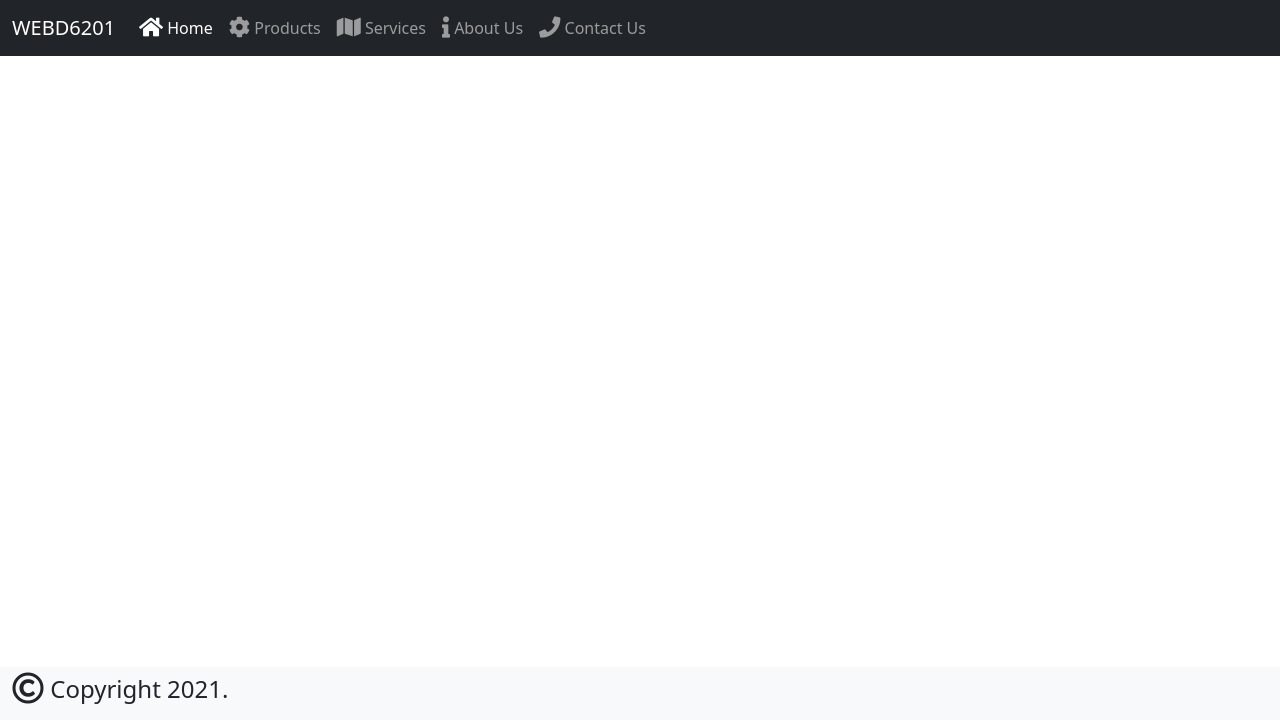
Repository: Sub4Sub/Lab_1
Page: about.html
These files come from the project's save history. The page is drawn as it stood at one moment and after the next save; the edit follows.
The browser window is 1280 px wide. The pictures show the whole page.

Above is the page before, as saved 2021-02-04 22:14:01.
Console error: TypeError: Cannot set properties of null (setting 'textContent')

After the next save:
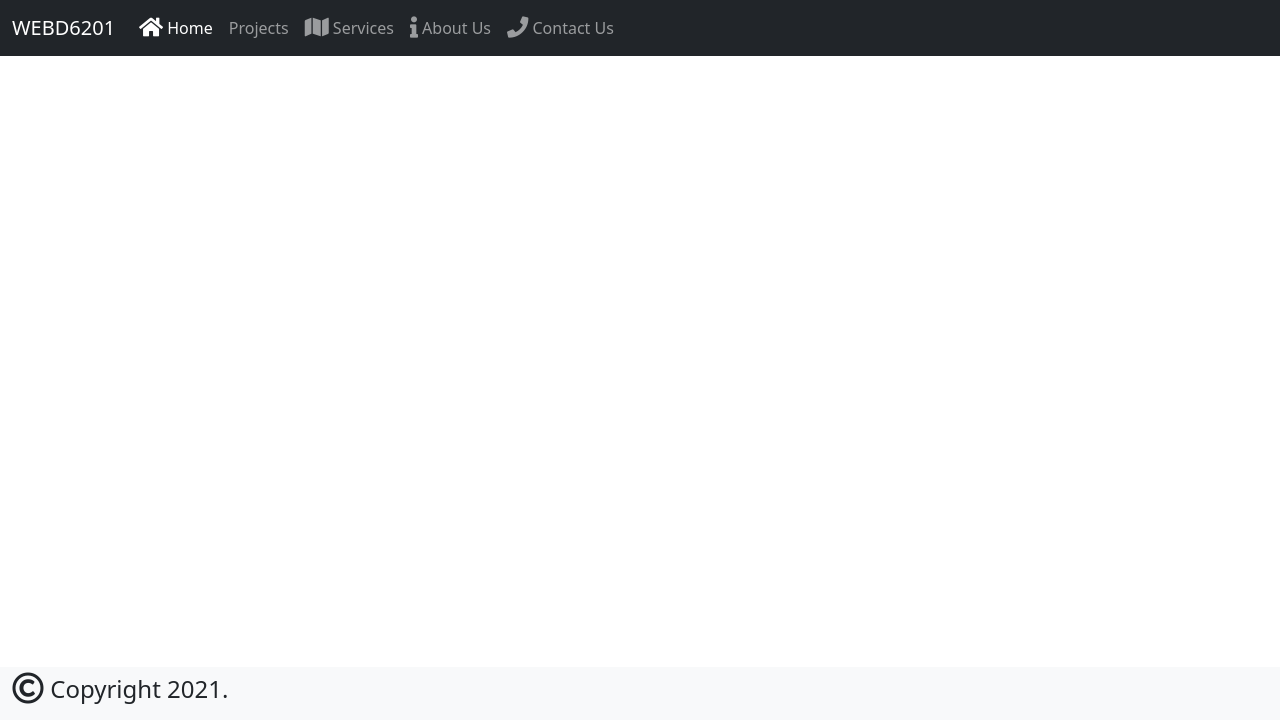
Console error: ReferenceError: displayAbout is not defined
Saved 12 s later.
--- a/about.html
+++ b/about.html
@@ -26,7 +26,7 @@
                   </li>
 
                   <li class="nav-item">
-                    <a class="nav-link" aria-current="page" href="products.html"><i class="fas fa-cog fa-lg"></i> Products</a>
+                    <a class="nav-link" id="productsLink" aria-current="page" href="products.html"><i class="fas fa-cog fa-lg"></i> Products</a>
                   </li>
 
                   <li class="nav-item">
